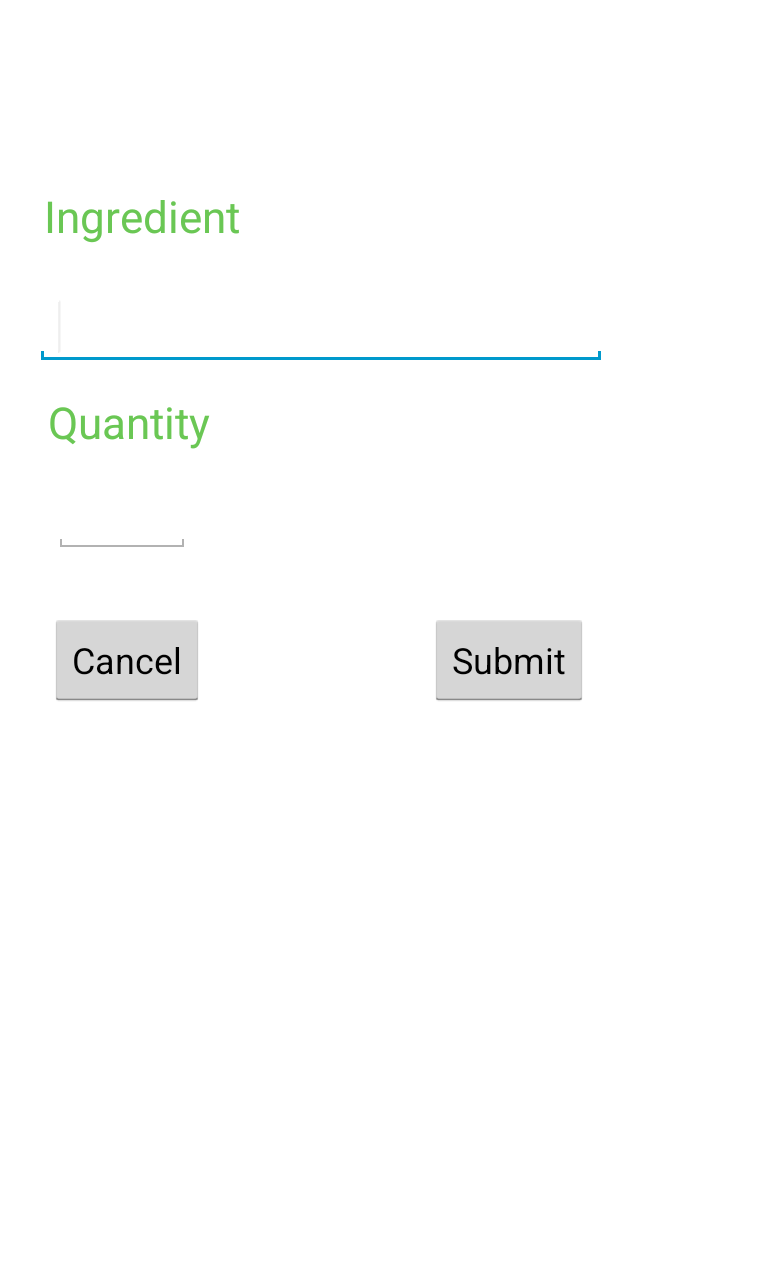
Repository: camo1018/MyKitchen
Layout: Android/res/layout/dialogue.xml
These files come from the project's save history. The layout is drawn as it stood at one moment and after the next save; the edit follows.
It is drawn on a 768 x 1280 px phone screen (xhdpi) without system bars, with theme AppTheme; the app's code is not run.

Above is the layout before, as saved 2013-09-22 02:29:53.

After the next save:
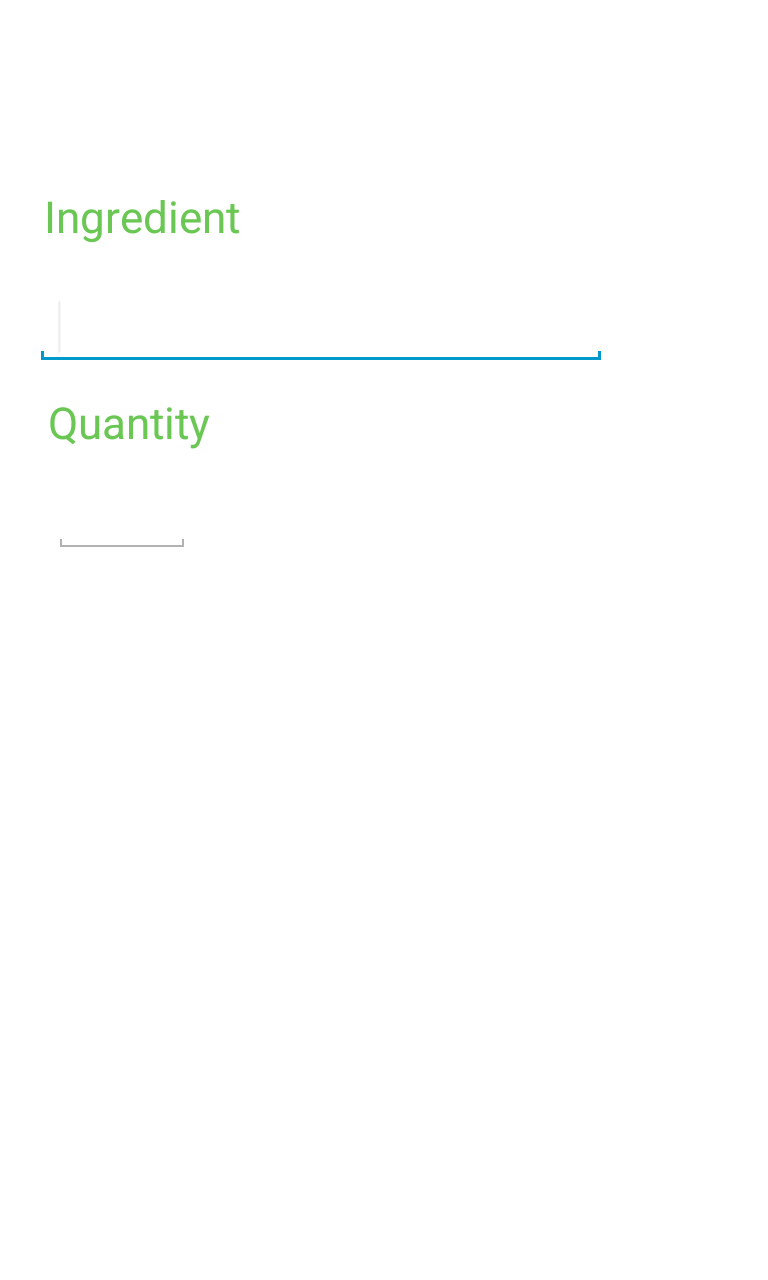
Saved 2 min 23 s later.
--- a/Android/res/layout/dialogue.xml
+++ b/Android/res/layout/dialogue.xml
@@ -45,20 +45,4 @@
         android:layout_y="238dp"
         android:ems="10" />
 
-    <Button
-        android:id="@+id/buttonCancel"
-        android:layout_width="wrap_content"
-        android:layout_height="wrap_content"
-        android:layout_x="24dp"
-        android:layout_y="306dp"
-        android:text="Cancel" />
-
-    <Button
-        android:id="@+id/buttonSubmit"
-        android:layout_width="wrap_content"
-        android:layout_height="wrap_content"
-        android:layout_x="214dp"
-        android:layout_y="306dp"
-        android:text="Submit" />
-
 </AbsoluteLayout>
